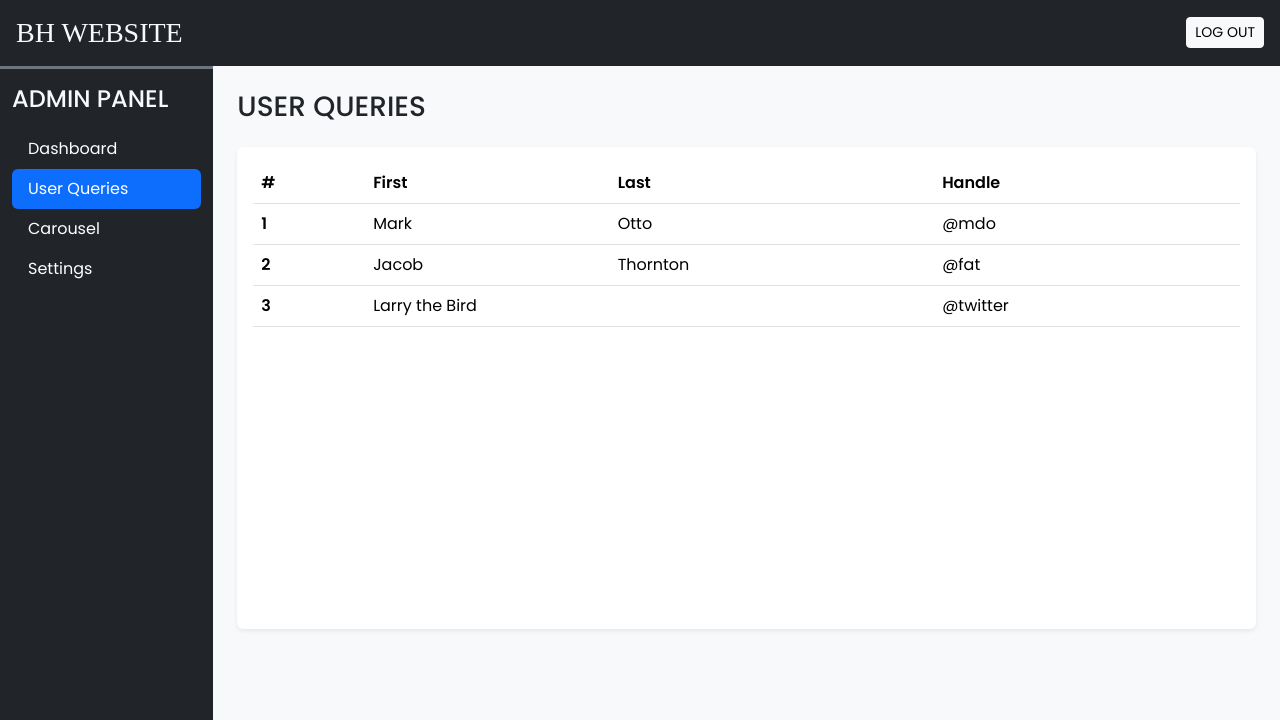
Repository: ntruong0906/desktop-tutorial
Page: http://localhost/hbwebsite/WebsiteBookingHotel/admin/user_queries.php
The author's editor kept a copy of each file at every save. The page is drawn from the files as they stood at one save, then again after the next save.
The browser window is 1280 px wide. The pictures show the whole page.
Some web fonts or font styles are not loaded; a fallback is used. The page is run by PHP 8.4 with error messages shown; the project is at /var/www/html/. The session is filled in as if someone had signed in: {"adminLogin": true, "adminId": 1}. Other server files are loaded and not shown.

Above is the page before, as saved 2024-05-06 22:38:45.

### WebsiteBookingHotel/admin/user_queries.php
<?php
require ('inc/essentials.php');
require ('inc/db_config.php');
adminLogin();

?>

<!DOCTYPE html>
<html lang="en">

<head>
    <meta charset="UTF-8">
    <meta http-equiv="X-UA-Compatible" content="IE-edge">
    <meta name="viewport" content="width=device-width, initial-scale=1.0">
    <title>Admin Panel - User Queries</title>
    <?php require ('inc/links.php'); ?>
</head>
<style>
.custom-alert {
    position: fixed;
    top: 80px;
    right: 25px;
}

#dashboard-menu {
    position: fixed;
    height: 100%;
}
</style>

<body class="bg-light">

    <?php require ('inc/header.php'); ?>

    <div class="container-fluid" id="main-content">
        <div class="row">
            <div class="col-lg-10 ms-auto p-4 overflow-hidden">
                <h3 class="mb-4">USER QUERIES</h3>

                <!--Carousel section -->
                <div class="card border-0 shadow-sm mb-4">
                    <div class="card-body">
                        <div class="table-responsive-md " style="height: 450px; overflow-y: scroll; ">
                            <table class="table table-hover">
                                <thead class="sticky-top">
                                    <tr class="bg-dark text-light">
                                        <th scope="col">#</th>
                                        <th scope="col">First</th>
                                        <th scope="col">Last</th>
                                        <th scope="col">Handle</th>
                                    </tr>
                                </thead>
                                <tbody>
                                    <tr>
                                        <th scope="row">1</th>
                                        <td>Mark</td>
                                        <td>Otto</td>
                                        <td>@mdo</td>
                                    </tr>
                                    <tr>
                                        <th scope="row">2</th>
                                        <td>Jacob</td>
                                        <td>Thornton</td>
                                        <td>@fat</td>
                                    </tr>
                                    <tr>
                                        <th scope="row">3</th>
                                        <td colspan="2">Larry the Bird</td>
                                        <td>@twitter</td>
                                    </tr>
                                </tbody>
                            </table>
                        </div>
                    </div>
                </div>
            </div>
        </div>
    </div>

    <?php require ('inc/scripts.php'); ?>
</body>

</html>

### WebsiteBookingHotel/admin/inc/essentials.php
<?php

define ('SITE_URL','http://127.0.0.1/hbwebsite/');
define ('ABOUT_IMG_PATH',SITE_URL.'images/about/');
define ('CAROUSEL_IMG_PATH',SITE_URL.'images/carousel/');



define ('UPLOAD_IMAGE_PATH',$_SERVER['DOCUMENT_ROOT'].'/hbwebsite/images/');
define ('ABOUT_FOLDER','about/');
define ('CAROUSEL_FOLDER','carousel/');
function adminLogin()
{
    session_start();
    if (!isset($_SESSION['adminLogin']) && $_SESSION['adminLogin'] == true) {
        echo "<script>
            window.location.href='index.php';
        </script>";
    }

}
function redirect($url)
{
    echo "<script>
            window.location.href='$url';
        </script>";
}

function alert($type, $msg)
{
    $bs_class = ($type == "success") ? "alert-success" : "alert-danger";
    echo <<<alert
                <div class="alert $bs_class alert-dismissible fade show custom-alert" role="alert">
                    <strong class="me-3">$msg</strong>
                    <button type="button" class="btn-close" data-bs-dismiss="alert" aria-label="Close"></button>
                </div>
            alert;
}

function uploadImage($image,$folder){
    $valid_mime = ['image/jpeg','image/pnp','image/webp'];
    $img_mime = $image['type'];
    if(!in_array($img_mime,$valid_mime)){
        return 'ivn_img';
    }else if(($image['size']/(1024*1024))> 2){
        return 'ivn_size';
    }else{
        $ext = pathinfo($image['name'],PATHINFO_EXTENSION);
        $rname = 'IMG_'.random_int(11111,99999).".$ext";
        $img_path = UPLOAD_IMAGE_PATH.$folder.$rname;
        if(move_uploaded_file($image['tmp_name'],$img_path)){
            return $rname;
        }
        else{
            return 'udp_failed';
        }
    }
}


function deleteImage($image , $folder){
    if(unlink(UPLOAD_IMAGE_PATH.$folder.$image)){
        return true;
    }else{
        return false;
    }
}
?>

### WebsiteBookingHotel/admin/inc/db_config.php
<?php
$hname = 'localhost';
$uname = 'root';
$pass = "";
$db = "hbwebsite";

$con = mysqli_connect($hname, $uname, $pass, $db);

if (!$con) {
    die("Cannot Connect to Database" . mysqli_connect_error());
}

function filteration($data)
{
    foreach ($data as $key => $value) {
        $value = trim($value);
        $value = stripcslashes($value);
        $value = strip_tags($value);
        $value = htmlspecialchars($value);
        $data[$key] = $value;
    }
    return $data;
}

function selectAll($table){
    $con = $GLOBALS['con'];
    $res = mysqli_query($con,"SELECT * FROM $table");
    return $res;
}
function select($sql, $values, $datatype)
{
    $con = $GLOBALS['con'];
    if ($stmt = mysqli_prepare($con, $sql)) {
        mysqli_stmt_bind_param($stmt, $datatype,...$values);
        if (mysqli_stmt_execute($stmt)) {
            $res = mysqli_stmt_get_result($stmt);
            mysqli_stmt_close($stmt);
            return $res;
        } else {
            mysqli_stmt_close($stmt);
            die("Query cannot be excuted - Select");
        }
    } else {
        die("Query cannot be executed - Select");
    }
}

function update($sql, $values, $datatypes)
{
    $con = $GLOBALS['con'];
    if ($stmt = mysqli_prepare($con, $sql)) {
        mysqli_stmt_bind_param($stmt, $datatypes,...$values);
        if (mysqli_stmt_execute($stmt)) {
            $res = mysqli_stmt_affected_rows($stmt);
            mysqli_stmt_close($stmt);
            return $res;
        } else {
            mysqli_stmt_close($stmt);
            die("Query cannot be executed - Update");
        }
    } else {
        die("Query cannot be executed - Update");
    }
}

function insert($sql, $values, $datatypes)
{
    $con = $GLOBALS['con'];
    if ($stmt = mysqli_prepare($con, $sql)) {
        mysqli_stmt_bind_param($stmt, $datatypes,...$values);
        if (mysqli_stmt_execute($stmt)) {
            $res = mysqli_stmt_affected_rows($stmt);
            mysqli_stmt_close($stmt);
            return $res;
        } else {
            mysqli_stmt_close($stmt);
            die("Query cannot be executed - Insert");
        }
    } else {
        die("Query cannot be executed - Insert");
    }
}

function delete($sql, $values, $datatypes)
{
    $con = $GLOBALS['con'];
    if ($stmt = mysqli_prepare($con, $sql)) {
        mysqli_stmt_bind_param($stmt, $datatypes,...$values);
        if (mysqli_stmt_execute($stmt)) {
            $res = mysqli_stmt_affected_rows($stmt);
            mysqli_stmt_close($stmt);
            return $res;
        } else {
            mysqli_stmt_close($stmt);
            die("Query cannot be executed - Delete");
        }
    } else {
        die("Query cannot be executed - Delete");
    }
}
?>

### WebsiteBookingHotel/admin/inc/links.php
<link href="https://cdn.jsdelivr.net/npm/bootstrap@5.3.3/dist/css/bootstrap.min.css" rel="stylesheet"
    integrity="sha384-QWTKZyjpPEjISv5WaRU9OFeRpok6YctnYmDr5pNlyT2bRjXh0JMhjY6hW+ALEwIH" crossorigin="anonymous">
<link href="https://fonts.googleapis.com/css2?family=Merienda:wght@400;700&family=Poppins:wght@400;500;600&display=swap"
    rel="stylesheet">
<link rel="stylesheet" href="https://cdn.jsdelivr.net/npm/bootstrap-icons@1.11.3/font/bootstrap-icons.min.css">
<link rel="stylesheet" href="css/common.css">

### WebsiteBookingHotel/admin/inc/header.php
<div class="container-fluid bg-dark text-light p-3 d-flex align-items-center justify-content-between sticky-top">
    <h3 class="mb-0 h-font">BH WEBSITE</h3>
    <a href="logout.php" class="btn btn-light btn-sm">LOG OUT</a>
</div>

<div class="col-lg-2 bg-dark border-top border-3 border-secondary " id="dashboard-menu">
    <nav class="navbar navbar-expand-lg navbar-dark">
        <div class="container-fluid flex-lg-column align-items-stretch">
            <h4 class="mt-2 text-light">ADMIN PANEL</h4>
            <button class="navbar-toggler shadow-none" type="button" data-bs-toggle="collapse"
                data-bs-target="#adminDropdown" aria-controls="navbarNav" aria-expanded="false"
                aria-label="Toggle navigation">
                <span class="navbar-toggler-icon"></span>
            </button>
            <div class="collapse navbar-collapse flex-column align-items-stretch mt-2" id="adminDropdown">

                <ul class="nav nav-pills flex-column">
                    <li class="nav-item">
                        <a class="nav-link text-white" href="dashboard.php">Dashboard</a>
                    </li>
                    <li class="nav-item">
                        <a class="nav-link text-white" href="user_queries.php">User Queries</a>
                    </li>
                    <li class="nav-item">
                        <a class="nav-link text-white" href="carousel.php">Carousel</a>
                    </li>
                    <li class="nav-item">
                        <a class="nav-link text-white" href="settings.php
                            ">Settings</a>
                    </li>
                </ul>
            </div>
        </div>
        <nav>
</div>

### WebsiteBookingHotel/admin/inc/scripts.php
<script src="https://cdn.jsdelivr.net/npm/bootstrap@5.3.3/dist/js/bootstrap.bundle.min.js"
    integrity="sha384-YvpcrYf0tY3lHB60NNkmXc5s9fDVZLESaAA55NDzOxhy9GkcIdslK1eN7N6jIeHz" crossorigin="anonymous">
</script>

<script>
function alert(type, msg) {
    let bs_class = (type == 'success') ? 'alert-success' : 'alert-danger';
    let element = document.createElement('div');
    element.innerHTML = `
                <div class="alert ${bs_class} alert-dismissible fade show custom-alert" role="alert">
                        <strong class="me-3">${msg}</strong>
                        <button type="button" class="btn-close" data-bs-dismiss="alert" aria-label="Close"></button>
                </div>
                `;
    document.body.append(element);
}

function setActive() {
    let navbar = document.getElementById('dashboard-menu');
    let a_tags = navbar.getElementsByTagName('a');
    for (i = 0; i < a_tags.length; i++) {
        let file = a_tags[i].href.split('/').pop();
        let file_name = file.split('.')[0];
        if (document.location.href.indexOf(file_name) >= 0) {
            a_tags[i].classList.add('active')
        }
    }
}
setActive();
</script>

### WebsiteBookingHotel/admin/css/common.css
:root{
    --teal: #2ec1ac;
    --teal_hover: #279e8c;
}

* {
    font-family: 'Poppins', sans-serif;
}

.h-font {
    font-family: 'Merienda', cursive;
}

input::-webkit-outer-spin-button,
input::-webkit-inner-spin-button {
    -webkit-appearance: none;
    margin: 0;
}

/* input[type=number] {
    -moz-appearance: textfield;
} */

.custom-bg {
    background-color: var(--teal);
    border: 1px solid var(--teal);
}

.custom-bg:hover {
    background-color: var(--teal_hover);
    border-color: var(--teal_hover);
}

.availability-form {
    margin-top: -50px;
    z-index: 2;
    position: relative;
}
.h-line{
    width: 150px ;
    margin: 0 auto;
    height: 1.7px;
}

.custom-alert{
    position: fixed;
    top: 80px;
    right: 25px;
}
#dashboard-menu{
    position:fixed;
    height: 100%;
    z-index: 11;
}

@media screen and (max-width :991px){
    #dashboard-menu{
        height: auto;
        width: 100%;
    }
    #main-content{
        margin-top: 60px;
    }
}

After the next save:
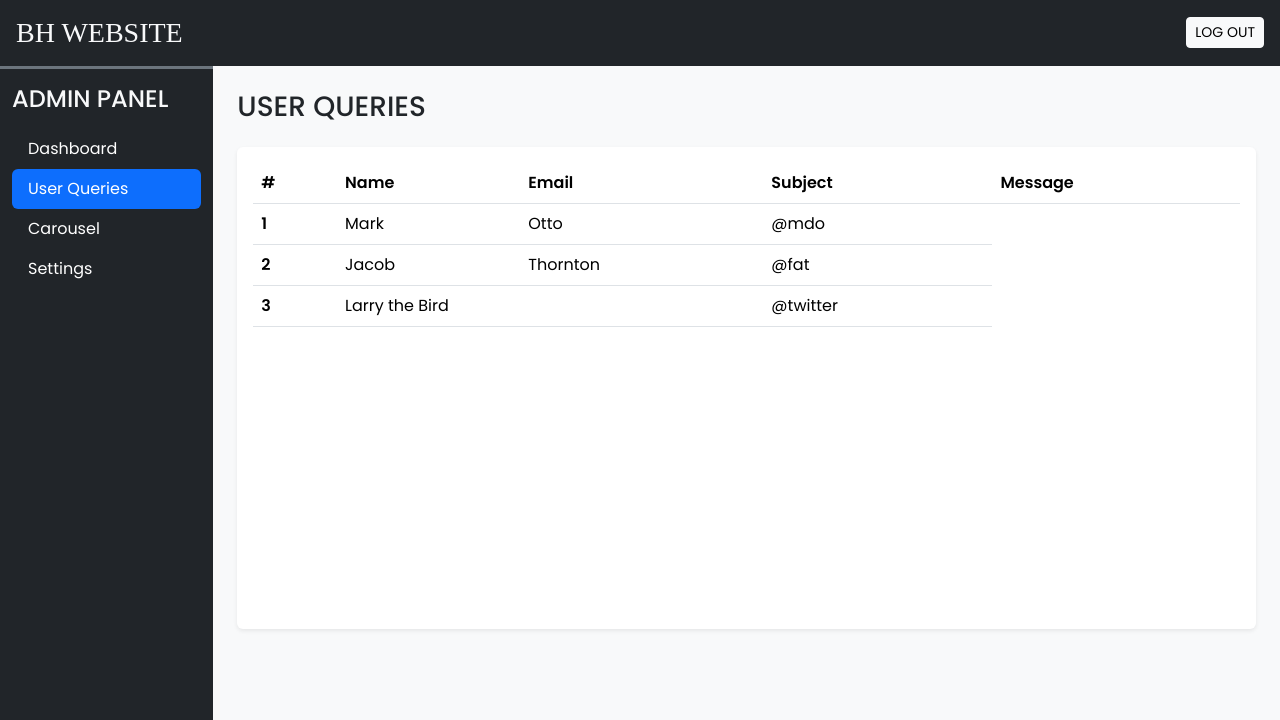
Saved 9 min 3 s later.
--- a/WebsiteBookingHotel/admin/user_queries.php
+++ b/WebsiteBookingHotel/admin/user_queries.php
@@ -45,9 +45,10 @@ adminLogin();
                                 <thead class="sticky-top">
                                     <tr class="bg-dark text-light">
                                         <th scope="col">#</th>
-                                        <th scope="col">First</th>
-                                        <th scope="col">Last</th>
-                                        <th scope="col">Handle</th>
+                                        <th scope="col">Name</th>
+                                        <th scope="col">Email</th>
+                                        <th scope="col">Subject</th>
+                                        <th scope="col">Message</th>
                                     </tr>
                                 </thead>
                                 <tbody>
